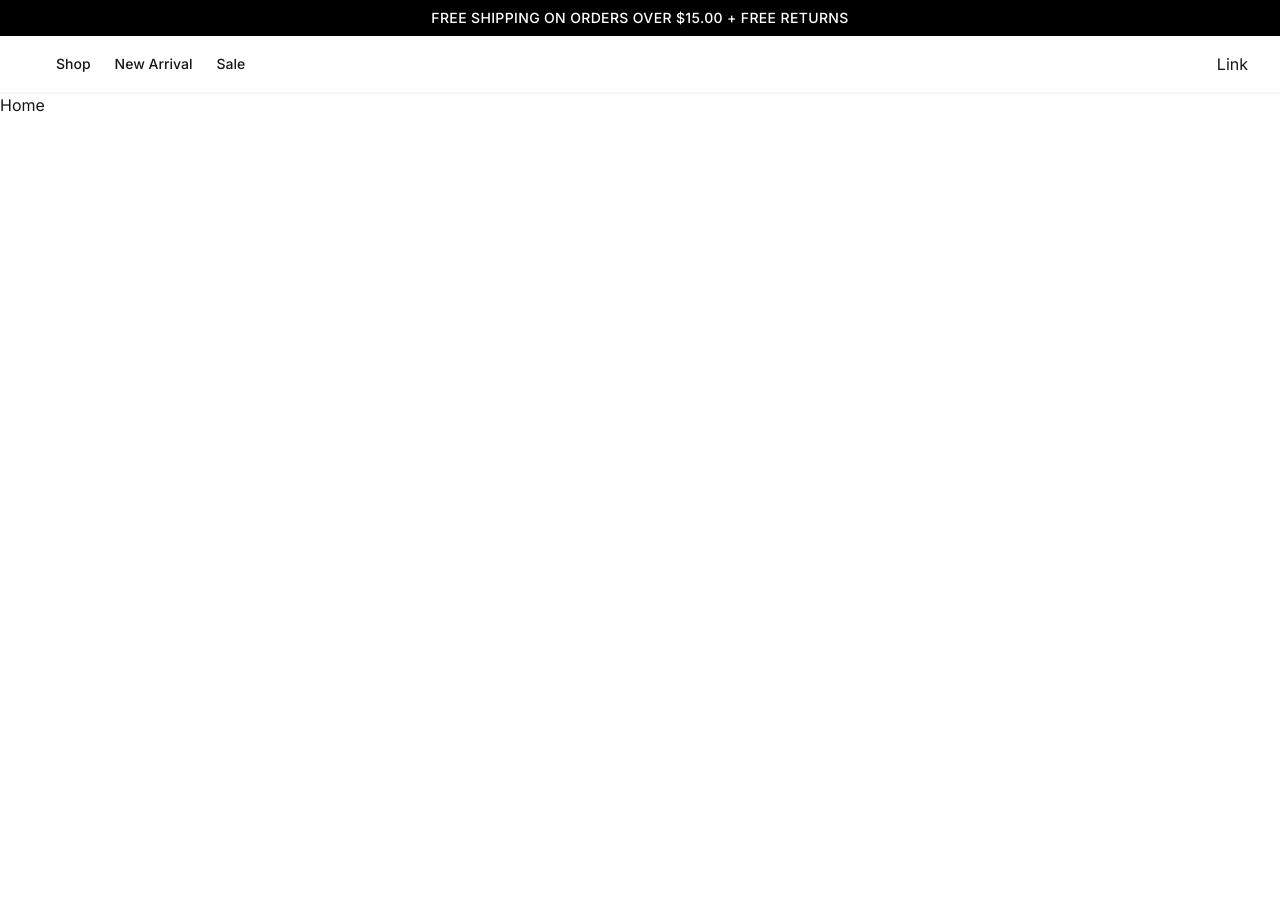
Repository: DiwanMalla/TEMU_CLONE
Page: /
An editor plug-in stored every save of this project. The page is shown before and after the next save, followed by the edit.
The browser window is 1280 px wide. The pictures show the whole page.
The project was rebuilt for these pictures with package versions that can differ from the ones it lists, and the page was loaded fresh each time. The framework's server and built-in components were replaced by stand-ins that run in the browser. Also part of the build but not shown: next.config.ts.

Above is the page before, as saved 2025-01-20 22:31:55.

### app/layout.tsx
import type { Metadata } from "next";
import "./globals.css";
import { Inter } from "next/font/google";
import Header from "@/components/layout/Header";

const inter = Inter({ subsets: ["latin"] });
export const metadata: Metadata = {
  title: "Create Next App",
  description: "Generated by create next app",
};

export default function RootLayout({
  children,
}: Readonly<{
  children: React.ReactNode;
}>) {
  return (
    <html lang="en">
      <body className={`${inter.className} antialiased  min-h-[125vh]`}>
        <Header />
        {children}
      </body>
    </html>
  );
}

### app/page.tsx
import Header from "@/components/layout/Header";

const page = () => {
  return <div>Home</div>;
};

export default page;

### components/layout/Header.tsx
"use client";
import Link from "next/link";
import { useEffect, useState } from "react";

const AnnounecementBar = () => {
  return (
    <div className="w-full bg-black py-2">
      <div className="container mx-auto flex items-center justify-center px-3">
        <span className="text-center text-sm font-medium tracking-wide text-white">
          FREE SHIPPING ON ORDERS OVER $15.00 + FREE RETURNS
        </span>
      </div>
    </div>
  );
};
const Header = () => {
  const [isOpen, setIsOpen] = useState(false);
  const [prevScrollY, setPrevScrollY] = useState<number>(0);
  useEffect(() => {
    const handleScroll = () => {
      const currentScrollY = window.scrollY;
      const scrolledUp = currentScrollY < prevScrollY;
      if (scrolledUp) {
        setIsOpen(true);
      } else if (currentScrollY > 100) {
        setIsOpen(false);
      }
      setPrevScrollY(currentScrollY);
    };
    setPrevScrollY(window.scrollY);
    window.addEventListener("scroll", handleScroll);
    return () => {
      window.removeEventListener("scroll", handleScroll);
    };
  }, [prevScrollY]);
  return (
    <header className="w-full sticky top-0 z-50">
      <div
        className={`w-full transform transition-transform duration-300 ease-in-out ${
          isOpen ? `translate-y-0` : "-translate-y-full"
        }`}
      >
        <AnnounecementBar />
        <div className="w-full flex justify-between items-center py-3 sm:py-4 bg-white/80 shadow-sm border-b border-gray-100 backdrop-blur-sm">
          <div className="flex justify-between items-center container mx-auto px-8">
            <div className="flex flex-1 justify-start items-center gap-4 sm:gap-6">
              <button className="text-gray-700">
                <svg
                  xmlns="http://www.w3.org/2000/svg"
                  className="h-5 w-5 sm:h-6 sm:w-6 block lg:hidden"
                  fill="none"
                  viewBox="0 0 24 24"
                  stroke="currentColor"
                  strokeWidth={2}
                >
                  <path
                    strokeLinecap="round"
                    strokeLinejoin="round"
                    d="M4 6h16M4 12h16M4 18h16"
                  />
                </svg>
              </button>
              <nav className="hidden md:flex gap-4 lg:gap-6 text-sm font-medium">
                <Link href="#">Shop</Link>
                <Link href="#">New Arrival</Link>
                <Link href="#">Sale</Link>
              </nav>
            </div>
            <Link href="#">Link</Link>
          </div>
        </div>
      </div>
    </header>
  );
};

export default Header;

Loaded but not shown: app/globals.css (common file); tailwind.config.ts (common file)

After the next save:
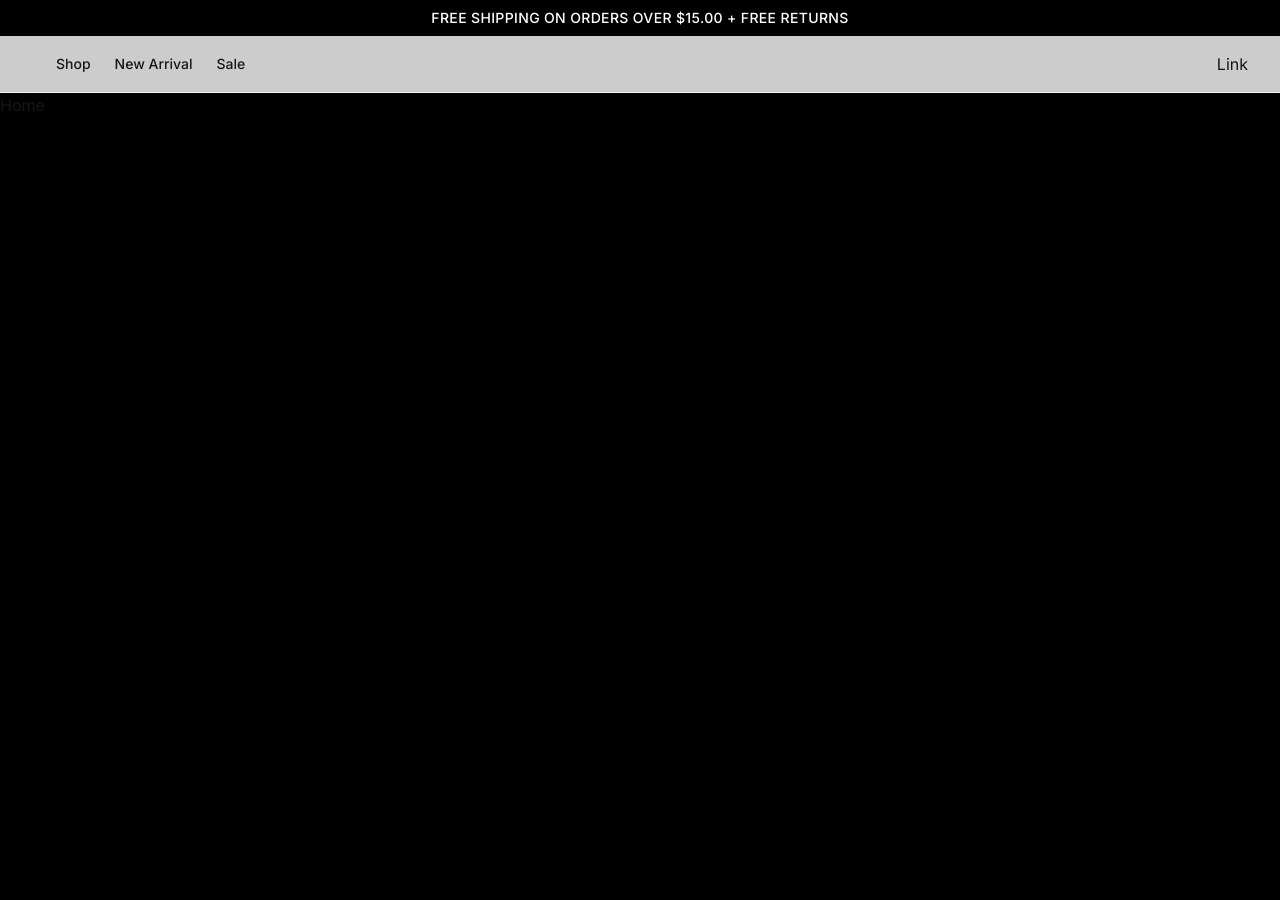
Saved 6 s later.
--- a/app/layout.tsx
+++ b/app/layout.tsx
@@ -16,7 +16,7 @@
 }>) {
   return (
     <html lang="en">
-      <body className={`${inter.className} antialiased  min-h-[125vh]`}>
+      <body className={`${inter.className} antialiased bg-black min-h-[125vh]`}>
         <Header />
         {children}
       </body>

After the save that followed:
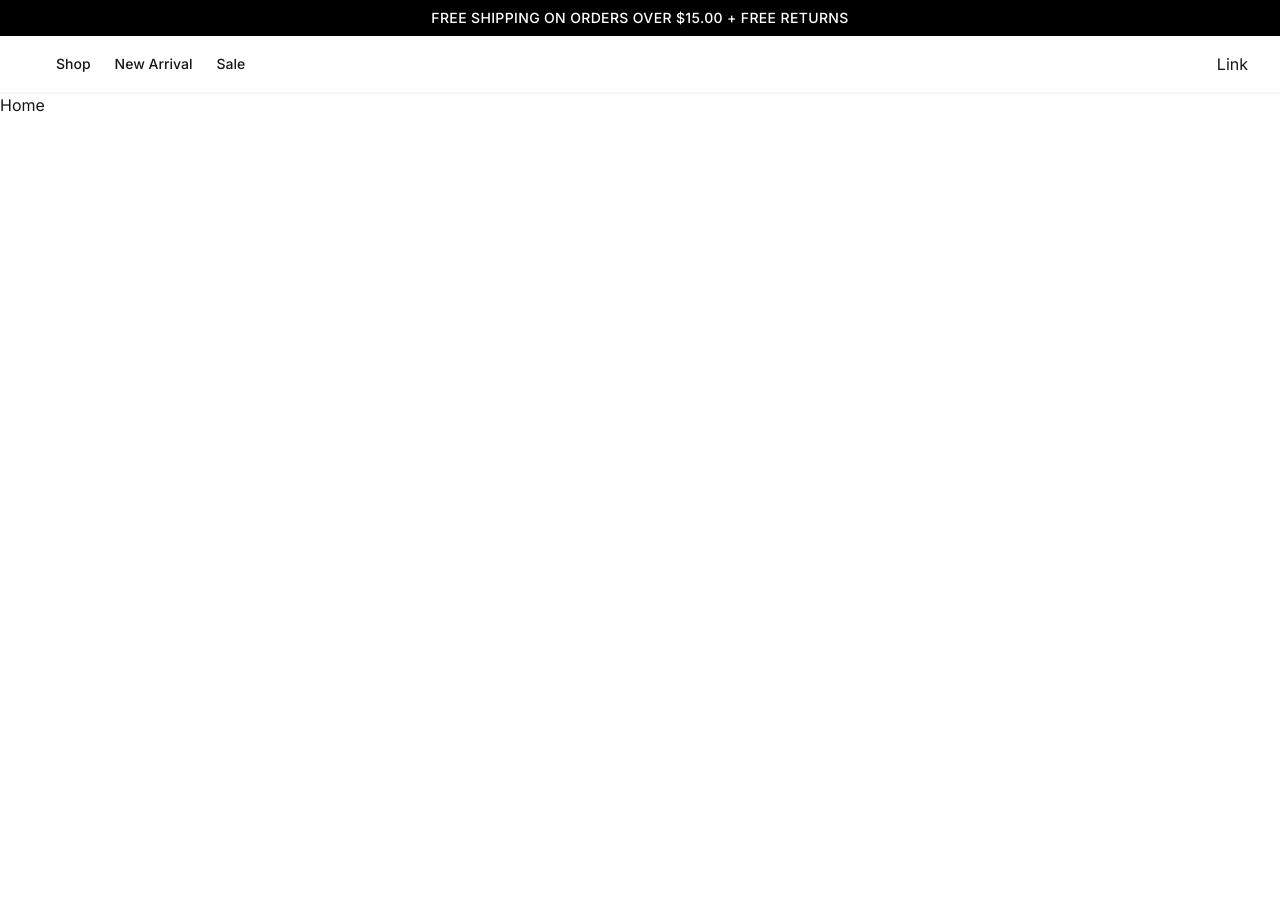
Saved 4 s later.
--- a/app/layout.tsx
+++ b/app/layout.tsx
@@ -16,7 +16,7 @@
 }>) {
   return (
     <html lang="en">
-      <body className={`${inter.className} antialiased bg-black min-h-[125vh]`}>
+      <body className={`${inter.className} antialiased  min-h-[125vh]`}>
         <Header />
         {children}
       </body>
